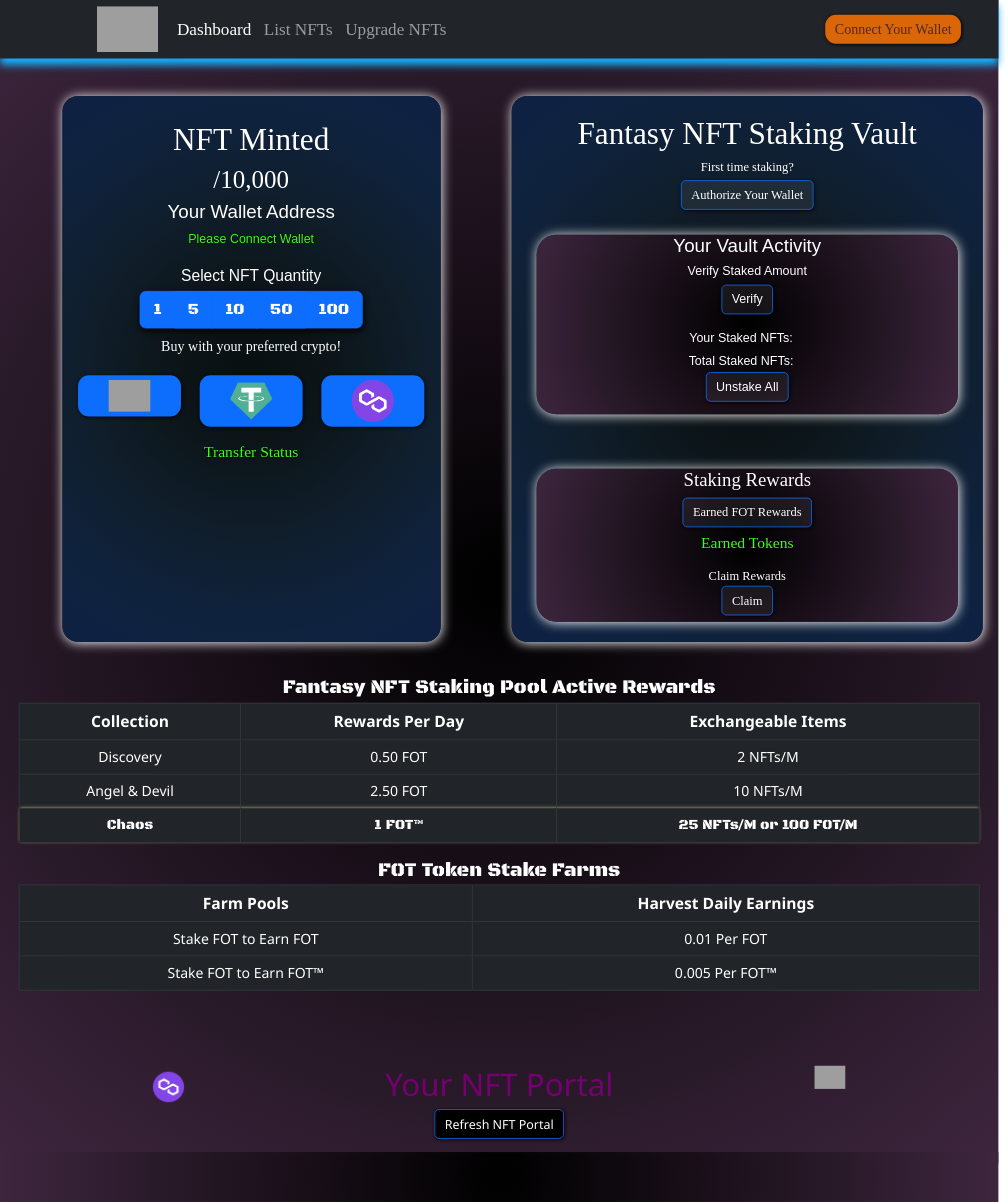
Repository: f-nft/f-fnt-Fantasy-Collection
Page: / (app in web3/)
An editor plug-in stored every save of this project. The page is shown before and after the next save, followed by the edit.
The browser window is 1280 px wide. The page is 1292 px wide, so the pictures cover 1292 px, including what lies to the right of the window. The pictures show the whole page, at 78% of full size.
Pictures or frames that could not be fetched are drawn as grey boxes. The page's requests for data from a server got no answer. Some web fonts or font styles are not loaded; a fallback is used. The project was rebuilt for these pictures with package versions that can differ from the ones it lists, and the page was loaded fresh each time. No one was signed in, and anything a server would have sent is missing.

Above is the page before, as saved 2022-06-09 15:17:48.

### web3/src/index.css
body {
  margin: 0;
  font-family: 'Segoe UI', 'Roboto', 'Oxygen',
    'Ubuntu', 'Cantarell', 'Fira Sans', 'Droid Sans', 'Helvetica Neue',
    sans-serif;
  -webkit-font-smoothing: antialiased;
  -moz-osx-font-smoothing: grayscale;
}

code {
  font-family: 'Courier New',
    monospace;
}

### web3/src/App.js
import './App.css';
import { Button, ButtonGroup } from 'react-bootstrap';
import 'bootstrap/dist/css/bootstrap.min.css';
import React, { Component } from 'react';
import 'sf-font';
import { polygonscanapikey, moralisapikey, NFTCONTRACT, STAKINGCONTRACT, polygonscanapi, moralisapi, nftpng, Web3Alc } from './config';
import axios from 'axios';
import ABI from './ABI.json';
import VAULTABI from './VAULTABI.json';
import TOKENABI from './TOKENABI.json';
import Web3Modal from 'web3modal';
import WalletConnectProvider from '@walletconnect/web3-provider';
import WalletLink from 'walletlink';
import Web3 from 'web3';

var account = null;
var contract = null;
var vaultcontract = null;
var web3 = null;

const providerOptions = {
	binancechainwallet: {
		package: true
	},
	walletconnect: {
		package: WalletConnectProvider,
		options: {
			infuraId: '50f6635fbcc742f18ce7a2a5cbe73ffa'
		}
	},
	walletlink: {
		package: WalletLink,
		options: {
			appName: 'f-nft Polygon',
			infuraId: '50f6635fbcc742f18ce7a2a5cbe73ffa',
			rpc: 'https://polygon-mainnet.infura.io/v3',
			chainId: 137,
			appLogoUrl: null,
			darkMode: true
		}
	},
};

const web3Modal = new Web3Modal({
	network: 'mainnet',
	theme: 'dark',
	cacheProvider: true,
	providerOptions
});

class App extends Component {
	constructor() {
		super();
		this.state = {
			balance: [],
			rawearn: [],
		};
	}

	handleModal() {
		this.setState({ show: !this.state.show })
	}

	// handleStake() {
	// 	this.setState({ show: !this.state.show })
	// }

	handleNFT(nftamount) {
		this.setState({ outvalue: nftamount.target.value });
	}

	async componentDidMount() {

		await axios.get((polygonscanapi + `?module=stats&action=tokensupply&contractaddress=${NFTCONTRACT}&apikey=${polygonscanapikey}`))
			.then(outputa => {
				this.setState({
					balance: outputa.data
				})
				console.log(outputa.data)
			})
		let config = { 'X-API-Key': moralisapikey, 'accept': 'application/json' };
		await axios.get((moralisapi + `/nft/${NFTCONTRACT}/owners?chain=polygon&format=decimal`), { headers: config })
			.then(outputb => {
				const { result } = outputb.data
				this.setState({
					nftdata: result
				})
				console.log(outputb.data)
			})
	}


	render() {
		const { balance } = this.state;
		const { outvalue } = this.state;

		const sleep = (milliseconds) => {
			return new Promise(resolve => setTimeout(resolve, milliseconds))
		}

		const expectedBlockTime = 10000;

		async function connectwallet() {
			var provider = await web3Modal.connect();
			web3 = new Web3(provider);
			await provider.send('eth_requestAccounts');
			var accounts = await web3.eth.getAccounts();
			account = accounts[0];
			document.getElementById('wallet-address').textContent = account;
			contract = new web3.eth.Contract(ABI, NFTCONTRACT);
			vaultcontract = new web3.eth.Contract(VAULTABI, STAKINGCONTRACT);
			var getstakednfts = await vaultcontract.methods.tokensOfOwner(account).call();
			document.getElementById('yournfts').textContent = getstakednfts;
			var getbalance = Number(await vaultcontract.methods.balanceOf(account).call());
			document.getElementById('stakedbalance').textContent = getbalance;
			const arraynft = Array.from(getstakednfts.map(Number));
			const tokenid = arraynft.filter(Number);
			var rwdArray = [];
			tokenid.forEach(async (id) => {
				var rawearn = await vaultcontract.methods.earningInfo(account, [id]).call();
				var array = Array.from(rawearn.map(Number));
				console.log(array);
				array.forEach(async (item) => {
					var earned = String(item).split(',')[0];
					var earnedrwd = Web3.utils.fromWei(earned);
					var rewardx = Number(earnedrwd).toFixed(2);
					var numrwd = Number(rewardx);
					console.log(numrwd);
					rwdArray.push(numrwd);
				});
			});
			function delay() {
				return new Promise(resolve => setTimeout(resolve, 300));
			}
			async function delayedLog(item) {
				await delay();
				var sum = item.reduce((a, b) => a + b, 0);
				var formatsum = Number(sum).toFixed(2);
				document.getElementById('earned').textContent = formatsum;
			}
			async function processArray(rwdArray) {
				for (const item of rwdArray) {
					await delayedLog(item);
				}
			}
			return processArray([rwdArray]);
		}

		async function verify() {
			var getstakednfts = await vaultcontract.methods.tokensOfOwner(account).call();
			document.getElementById('yournfts').textContent = getstakednfts;
			var getbalance = Number(await vaultcontract.methods.balanceOf(account).call());
			document.getElementById('stakedbalance').textContent = getbalance;
		}

		async function enable() {
			contract.methods.setApprovalForAll(STAKINGCONTRACT, true).send({ from:account });
		}
		async function rewardinfo() {
			var rawnfts = await vaultcontract.methods.tokensOfOwner(account).call();
			const arraynft = Array.from(rawnfts.map(Number));
			const tokenid = arraynft.filter(Number);
			var rwdArray = [];
			tokenid.forEach(async (id) => {
				var rawearn = await vaultcontract.methods.earningInfo(account, [id]).call();
				var array = Array.from(rawearn.map(Number));
				array.forEach(async (item) => {
					var earned = String(item).split(",")[0];
					var earnedrwd = Web3.utils.fromWei(earned);
					var rewardx = Number(earnedrwd).toFixed(2);
					var numrwd = Number(rewardx);
					rwdArray.push(numrwd)
				});
			});
			function delay() {
				return new Promise(resolve => setTimeout(resolve, 300));
			}
			async function delayedLog(item) {
				await delay();
				var sum = item.reduce((a, b) => a + b, 0);
				var formatsum = Number(sum).toFixed(2);
				document.getElementById('earned').textContent = formatsum;
			}
			async function processArray(rwdArray) {
				for (const item of rwdArray) {
					await delayedLog(item);
				}
			}
			return processArray([rwdArray]);
		}
		async function claimit() {
			var rawnfts = await vaultcontract.methods.tokensOfOwner(account).call();
			const arraynft = Array.from(rawnfts.map(Number));
			const tokenid = arraynft.filter(Number);
			await Web3Alc.eth.getMaxPriorityFeePerGas().then((tip) => {
				Web3Alc.eth.getBlock('pending').then((block) => {
					var baseFee = Number(block.baseFeePerGas);
					var maxPriority = Number(tip);
					var maxFee = maxPriority + baseFee;
					tokenid.forEach(async (id) => {
						await vaultcontract.methods.claim([id])
							.send({
								from: account,
								maxFeePerGas: maxFee,
								maxPriorityFeePerGas: maxPriority
							})
					})
				});
			})
		}

		async function unstakeall() {
			var rawnfts = await vaultcontract.methods.tokensOfOwner(account).call();
			const arraynft = Array.from(rawnfts.map(Number));
			const tokenid = arraynft.filter(Number);
			await Web3Alc.eth.getMaxPriorityFeePerGas().then((tip) => {
				Web3Alc.eth.getBlock('pending').then((block) => {
					var baseFee = Number(block.baseFeePerGas);
					var maxPriority = Number(tip);
					var maxFee = maxPriority + baseFee;
					tokenid.forEach(async (id) => {
						await vaultcontract.methods.unstake([id])
							.send({
								from: account,
								maxFeePerGas: maxFee,
								maxPriorityFeePerGas: maxPriority
							})
					})
				});
			})
		}

		async function mintnative() {
			var _mintAmount = Number(outvalue);
			var mintRate = Number(await contract.methods.cost().call());
			var totalAmount = mintRate * _mintAmount;
			await Web3Alc.eth.getMaxPriorityFeePerGas().then((tip) => {
				Web3Alc.eth.getBlock('pending').then((block) => {
					var baseFee = Number(block.baseFeePerGas);
					var maxPriority = Number(tip);
					var maxFee = baseFee + maxPriority
					contract.methods.mint(account, _mintAmount)
						.send({
							from: account,
							value: String(totalAmount),
							maxFeePerGas: maxFee,
							maxPriorityFeePerGas: maxPriority
						});
				});
			})
		}

		async function mint0() {
			var _pid = "0";
			var erc20address = await contract.methods.getCryptotoken(_pid).call();
			var currency = new web3.eth.Contract(TOKENABI, erc20address);
			var mintRate = await contract.methods.getNFTCost(_pid).call();
			var _mintAmount = Number(outvalue);
			var totalAmount = mintRate * _mintAmount;
			await Web3Alc.eth.getMaxPriorityFeePerGas().then((tip) => {
				Web3Alc.eth.getBlock('pending').then((block) => {
					var baseFee = Number(block.baseFeePerGas);
					var maxPriority = Number(tip);
					var maxFee = maxPriority + baseFee;
					currency.methods.approve(NFTCONTRACT, String(totalAmount))
						.send({
							from: account
						})
						.then(currency.methods.transfer(NFTCONTRACT, String(totalAmount))
							.send({
								from: account,
								maxFeePerGas: maxFee,
								maxPriorityFeePerGas: maxPriority
							},
								async function (error, transactionHash) {
									console.log("Transfer Submitted, Hash: ", transactionHash)
									let transactionReceipt = null
									while (transactionReceipt == null) {
										transactionReceipt = await web3.eth.getTransactionReceipt(transactionHash);
										await sleep(expectedBlockTime)
									}
									window.console = {
										log: function (str) {
											var out = document.createElement("div");
											out.appendChild(document.createTextNode(str));
											document.getElementById("txout").appendChild(out);
										}
									}
									console.log("Transfer Complete", transactionReceipt);
									contract.methods.mintpid(account, _mintAmount, _pid)
										.send({
											from: account,
											maxFeePerGas: maxFee,
											maxPriorityFeePerGas: maxPriority
										});
								}));
				});
			});
		}

		const refreshPage = () => {
			window.location.reload();
		}

		return (
			<div className='App nftapp'>
				<nav className='navbar navbarfont navbarglow navbar-expand-md navbar-dark bg-dark mb-4'>
					<div className='container-fluid'>
						<a className='navbar-brand px-5' style={{ fontWeight: '800', fontSize: '22px' }} href='#'></a><img src='FNFT.png' width='8%' />
						<button className='navbar-toggler' type='button' data-bs-toggle='collapse' data-bs-target='#navbarCollapse' aria-controls='navbarCollapse' aria-expanded='false' aria-label='Toggle navigation'>
							<span className='navbar-toggler-icon'></span>
						</button>
						<div className='collapse navbar-collapse' id='navbarCollapse'>
							<ul className='navbar-nav me-auto mb-2 px-3 mb-md-0' style={{ fontSize: '22px' }}>
								<li className='nav-item'>
									<a className='nav-link active' aria-current='page' href='#'>Dashboard</a>
								</li>
								<li className='nav-item'>
									<a className='nav-link' href='#'>List NFTs</a>
								</li>
								<li className='nav-item'>
									<a className='nav-link' href='#'>Upgrade NFTs</a>
								</li>
							</ul>
						</div>
					</div>
					<div className='px-5'>
						<input id='connectbtn' type='button' className='connectbutton' onClick={connectwallet} style={{ border: '0.2px', borderRadius: '14px', boxShadow: '1px 1px 5px #000000', fontFamily: 'Rambla' }} value='Connect Your Wallet' />
					</div>
				</nav>
				<div className='row bt-1 pt-2 center'>
					<div className='col'>
						<body className='nftstaker container border-1' style={{ borderRadius: '25px', boxShadow: '1px 1px 15px #ffffff', minWidth: '385px', maxWidth: '485px', minHeight: '700px', maxHeight: '700px' }}>
							<form>
								<div className='row pt-4'>
									<div>
										<h1 className='pt-2' style={{ fontWeight: '500', fontFamily: 'Blaka' }}>NFT Minted</h1>
									</div>
									<h2 style={{ fontFamily: 'Blaka' }}>{balance.result}/10,000</h2>
									<h4>Your Wallet Address</h4>
									<div className='pb-1' id='wallet-address' style={{
										color: '#39FF14',
										fontWeight: '200',
										textShadow: '1px 1px 1px black',
									}}>
										<label for='floatingInput'>Please Connect Wallet</label>
									</div>
								</div>
								<div>
									<label style={{ fontWeight: '300', fontSize: '20px' }}>Select NFT Quantity</label>
								</div>
								<ButtonGroup size='lg'
									aria-label='First group'
									name='amount'
									style={{ boxShadow: '1px 3px 8px #000000', fontFamily: 'Black Ops One', fontSize: '25px', marginTop: '5px', marginBottom: '5px', marginInline: '5px' }}
									onClick={nftamount => this.handleNFT(nftamount, 'value')}>
									<Button value='1' >1</Button>
									<Button value='5'>5</Button>
									<Button value='10'>10</Button>
									<Button value='50'>50</Button>
									<Button value='100'>100</Button>
								</ButtonGroup>
								<h6 className='pt-2' style={{ fontFamily: 'Rambla', fontWeight: '300', fontSize: '18px', marginBottom: '1px' }}>Buy with your preferred crypto!</h6>
								<div className='row px-2 pb-2 row-style' style={{ marginTop: '1px', fontFamily: 'Rambla', fontWeight: '300', fontSize: '12px' }}>
									<div className='col'>
										<Button className='button-style' onClick={mint0} style={{ border: '0.2px', borderRadius: '14px', boxShadow: '1px 1px 5px #000000' }}>
											<img src={'FNFT.png'} width='50%' />
										</Button>
									</div>
									<div className='col'>
										<Button className='button-style' style={{ border: '0.2px', borderRadius: '14px', boxShadow: '1px 1px 5px #000000' }}>
											<img src='usdt.png' width='50%' />
										</Button>
									</div>
									<div className='col'>
										<Button className='button-style' onClick={mintnative} style={{ border: '0.2px', borderRadius: '14px', boxShadow: '1px 1px 5px #000000' }}>
											<img src='matic.png' width='50%' />
										</Button>
									</div>
									<div>
										<label id='txout' style={{ color: '#39FF14', marginTop: '5px', fontWeight: '500', textShadow: '1px 1px 2px #000000' }}>
											<p style={{ fontSize: '20px' }}>Transfer Status</p>
										</label>
									</div>
								</div>
							</form>
						</body>
					</div>
					<div className='col'>
						<body className='nftstaker container border-1' style={{ borderRadius: '25px', boxShadow: '1px 1px 15px #ffffff', minWidth: '385px', maxWidth: '100%', minHeight: '700px', maxHeight: '700px' }}>
							<form style={{ fontFamily: 'Rambla' }} >
								<h1 style={{ fontWeight: '500', fontFamily: 'Blaka', marginTop: '25px' }}>Fantasy NFT Staking Vault </h1>
								<h6 style={{ fontWeight: '300' }}>First time staking?</h6>
								<Button className='btn' conClick={enable} style={{ backgroundColor: '#ffffff10', boxShadow: '1px 1px 5px #000000' }} >Authorize Your Wallet</Button>
								<div className='row px-3 center' >
									<div className='col' style={{ minWidth: '385px', maxWidth: '100%', maxHeight: '300px', minHeight: '300px' }}>
										<form class='stakingrewards' style={{ borderRadius: '25px', boxShadow: '1px 1px 15px #ffffff' }}>
											<h4 style={{ color: '#FFFFFF', fontWeight: '300' }}>Your Vault Activity</h4>
											<h6 style={{ color: '#FFFFFF' }}>Verify Staked Amount</h6>
											<Button onClick={verify} style={{ backgroundColor: '#ffffff10', boxShadow: '1px 1px 5px #000000' }} >Verify</Button>
											<table className='table mt-3 mb-5 px-3 table-dark'>
												<tr>
													<td style={{ fontSize: '16px' }}>Your Staked NFTs:
														<span style={{ backgroundColor: '#ffffff00', fontSize: '18px', color: '#39FF14', fontWeight: '500', textShadow: '1px 1px 2px #000000' }} id='yournfts'></span>
													</td>
												</tr>
												<tr>
													<td style={{ fontSize: '16px' }}>Total Staked NFTs:
														<span style={{ backgroundColor: '#ffffff00', fontSize: '18px', color: '#39FF14', fontWeight: '500', textShadow: '1px 1px 2px #000000' }} id='stakedbalance'></span>
													</td>
												</tr>
												<tr>
													<Button className='mb-3' onClick={unstakeall} style={{ backgroundColor: '#ffffff10', boxShadow: '1px 1px 5px #000000' }}>Unstake All</Button>
												</tr>
											</table>
										</form>
									</div>
									<div className='col container' style={{ minWidth: '385px', maxWidth: '100%', maxHeight: '300px', minHeight: '300px' }}>
										<form className='stakingrewards' style={{ borderRadius: '25px', boxShadow: '1px 1px 15px #ffffff', fontFamily: 'Rambla' }}>
											<h4 style={{ color: '#FFFFFF', fontWeight: '300' }}> Staking Rewards</h4>
											<Button onClick={rewardinfo} style={{ backgroundColor: '#ffffff10', boxShadow: '1px 1px 5px #000000' }} >Earned FOT Rewards</Button>
											<div id='earned' style={{ color: '#39FF14', marginTop: '5px', fontSize: '25px', fontWeight: '500', textShadow: '1px 1px 2px #000000' }}><p style={{ fontSize: '20px' }}>Earned Tokens</p></div>
											<div className='col-12 mt-2'>
												<div style={{ color: 'white' }}>Claim Rewards</div>
												<Button onClick={claimit} style={{ backgroundColor: '#ffffff10', boxShadow: '1px 1px 5px #000000' }} className='mb-2'>Claim</Button>
											</div>
										</form>
									</div>
								</div>
							</form>
						</body>
					</div>
				</div>
				<div className='row px-4 pt-2'>
					<div className='header container' >
						<div style={{ fontSize: '25px', borderRadius: '14px', color: '#ffffff', fontWeight: '300', fontFamily: 'Black Ops One' }}>Fantasy NFT Staking Pool Active Rewards</div>
						<table className='table px-3 table-bordered table-dark' style={{ fontSize: '20px' }}>
							<thead className='thead-light'>
								<tr>
									<th scope='col'>Collection</th>
									<th scope='col'>Rewards Per Day</th>
									<th scope='col'>Exchangeable Items</th>
								</tr>
							</thead>
							<tbody style={{ fontSize: '18px' }}>
								<tr>
									<td>Discovery</td>
									<td className='amount' data-test-id='rewards-summary-ads'>
										<span className='amount'>0.50</span>&nbsp;<span class='currency'>FOT</span>
									</td>
									<td className='exchange'>
										<span className='amount'>2</span>&nbsp;<span class='currency'>NFTs/M</span>
									</td>
								</tr>
								<tr>
									<td>Angel & Devil</td>
									<td className='amount' data-test-id='rewards-summary-ac'>
										<span className='amount'>2.50</span>&nbsp;<span class='currency'>FOT</span>
									</td>
									<td className='exchange'><span class='amount'>10</span>&nbsp;<span class='currency'>NFTs/M</span>
									</td>
								</tr>
								<tr className='stakegoldeffect'>
									<td>Chaos</td>
									<td className='amount' data-test-id='rewards-summary-one-time'><span class='amount'>1</span>&nbsp;<span class='currency'>FOT™</span>
									</td>
									<td className='exchange'>
										<span className='amount'>25 NFTs/M or </span>
										<span className='currency'>100 FOT/M</span>
									</td>
								</tr>
							</tbody>
						</table>
						<div className='header'>
							<div style={{ fontSize: '25px', borderRadius: '14px', fontWeight: '300', fontFamily: 'Black Ops One', color: 'white' }}>FOT Token Stake Farms</div>
							<table className='table table-bordered table-dark' style={{ borderRadius: '14px' }} >
								<thead className='thead-light' style={{ fontSize: '20px' }}>
									<tr>
										<th scope='col'>Farm Pools</th>
										<th scope='col'>Harvest Daily Earnings</th>
									</tr>
								</thead>
								<tbody style={{ fontSize: '18px' }}>
									<tr>
										<td>Stake FOT to Earn FOT</td>
										<td className='amount' data-test-id='rewards-summary-ads'>
											<span className='amount'>0.01</span>&nbsp;<span class='currency'>Per FOT</span>
										</td>
									</tr>
									<tr>
										<td>Stake FOT to Earn FOT™</td>
										<td className='amount' data-test-id='rewards-summary-ac'>
											<span className='amount'>0.005</span>&nbsp;<span class='currency'>Per FOT™</span>
										</td>
									</tr>
								</tbody>
							</table>
						</div>
					</div>
				</div>
				<div className='row nftportal mt-3'>
					<div className='col mt-4 ml-3'>
						<img src="matic.png" width={'10%'}></img>
					</div>
					<div className='col'>
						<h1 className='n2dtitlestyle mt-3'>Your NFT Portal</h1>
						<Button onClick={refreshPage} style={{ backgroundColor: "#000000", boxShadow: "1px 1px 5px #000000" }}>Refresh NFT Portal</Button>
					</div>
					<div className='col mt-3 mr-5'>
						<img src="FNFT.png" width={'10%'}></img>
					</div>
				</div>
			</div>
		)
	}
}
export default App;

Loaded but not shown: web3/public/index.html (common file); web3/src/ABI.json (735 lines, source omitted); web3/src/TOKENABI.json (417 lines, source omitted); web3/src/VAULTABI.json (395 lines, source omitted); web3/src/nfts.js (240 lines, source omitted); web3/src/config.js (9 lines, source omitted); web3/src/index.js (20 lines, source omitted); web3/src/App.css (238 lines, source omitted)

After the next save:
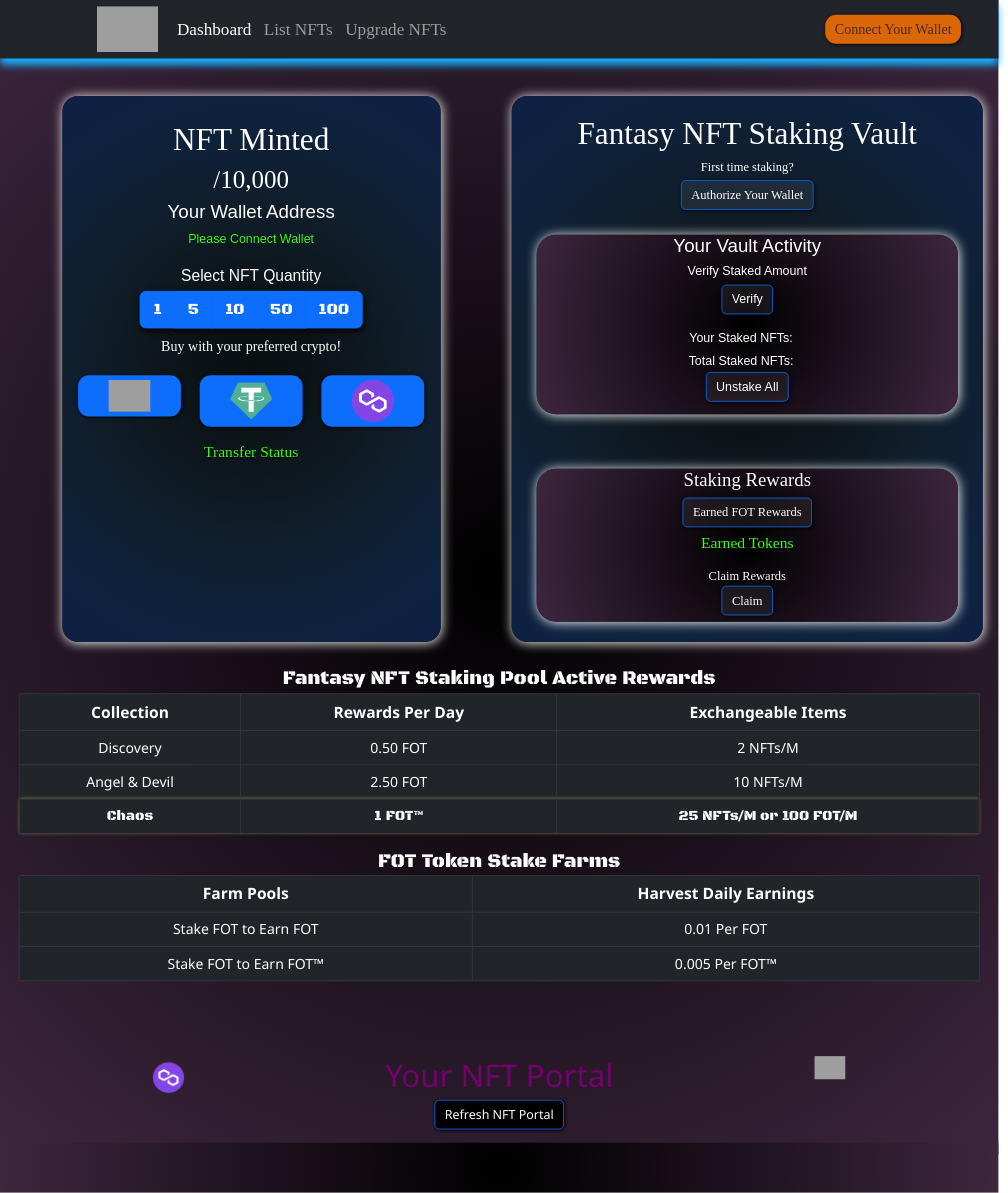
Saved 21 s later.
--- a/web3/src/App.js
+++ b/web3/src/App.js
@@ -328,7 +328,7 @@ class App extends Component {
 						<input id='connectbtn' type='button' className='connectbutton' onClick={connectwallet} style={{ border: '0.2px', borderRadius: '14px', boxShadow: '1px 1px 5px #000000', fontFamily: 'Rambla' }} value='Connect Your Wallet' />
 					</div>
 				</nav>
-				<div className='row bt-1 pt-2 center'>
+				<div className='row bt-1 pt-2 pb-1 center'>
 					<div className='col'>
 						<body className='nftstaker container border-1' style={{ borderRadius: '25px', boxShadow: '1px 1px 15px #ffffff', minWidth: '385px', maxWidth: '485px', minHeight: '700px', maxHeight: '700px' }}>
 							<form>
